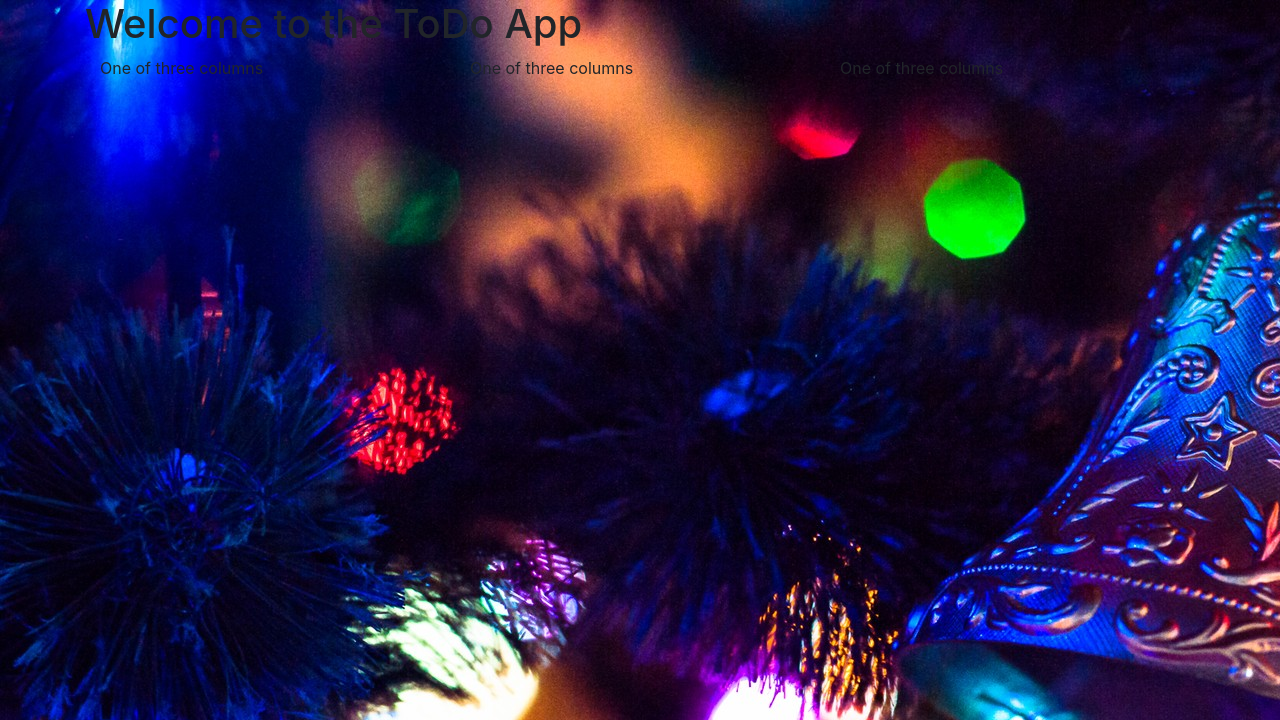
Repository: aayushtyagi0123/spring
Page: http://localhost/ToDoApp/WEB-INF/pages/home.jsp
These files come from the project's save history. The page is drawn as it stood at one moment and after the next save; the edit follows.
The browser window is 1280 px wide. The pictures show the whole page.
Some web libraries are served in a nearby version. The page is served by Tomcat 9. Nobody is signed in. Other server files are loaded and not shown. The template is opened directly, without the code that normally fills it, so the values that code supplies are empty.

Above is the page before, as saved 2023-04-30 16:15:14.

### ToDoApp/src/main/webapp/WEB-INF/pages/home.jsp
 <%@ taglib prefix="c" uri="http://java.sun.com/jsp/jstl/core" %>
<!doctype html>
<html lang="en">
  <head>
    <!-- Required meta tags -->
    <meta charset="utf-8">
    <meta name="viewport" content="width=device-width, initial-scale=1, shrink-to-fit=no">

    <!-- Bootstrap CSS -->
    <link rel="stylesheet" href="https://cdn.jsdelivr.net/npm/bootstrap@4.0.0/dist/css/bootstrap.min.css" integrity="sha384-Gn5384xqQ1aoWXA+058RXPxPg6fy4IWvTNh0E263XmFcJlSAwiGgFAW/dAiS6JXm" crossorigin="anonymous">
    <link href="<c:url value="/resources/css/style.css" />" rel="stylesheet">

    <title>ToDO App</title>
  </head>
  <body >
  <div class="container">
    <h1>Welcome to the ToDo App</h1>

<div class="container">
  <div class="row">
    <div class="col-sm">
      One of three columns
    </div>
    <div class="col-sm">
      One of three columns
    </div>
    <div class="col-sm">
      One of three columns
    </div>
  </div>
</div>


</div>
    <!-- Optional JavaScript -->
    <!-- jQuery first, then Popper.js, then Bootstrap JS -->
    <script src="https://code.jquery.com/jquery-3.2.1.slim.min.js" integrity="sha384-KJ3o2DKtIkvYIK3UENzmM7KCkRr/rE9/Qpg6aAZGJwFDMVNA/GpGFF93hXpG5KkN" crossorigin="anonymous"></script>
    <script src="https://cdn.jsdelivr.net/npm/popper.js@1.12.9/dist/umd/popper.min.js" integrity="sha384-ApNbgh9B+Y1QKtv3Rn7W3mgPxhU9K/ScQsAP7hUibX39j7fakFPskvXusvfa0b4Q" crossorigin="anonymous"></script>
    <script src="https://cdn.jsdelivr.net/npm/bootstrap@4.0.0/dist/js/bootstrap.min.js" integrity="sha384-JZR6Spejh4U02d8jOt6vLEHfe/JQGiRRSQQxSfFWpi1MquVdAyjUar5+76PVCmYl" crossorigin="anonymous"></script>
  </body>
</html>

### ToDoApp/src/main/webapp/WEB-INF/resources/css/style.css
body {
  background-image: url("/image/todoimage.jpg");
}

After the next save:
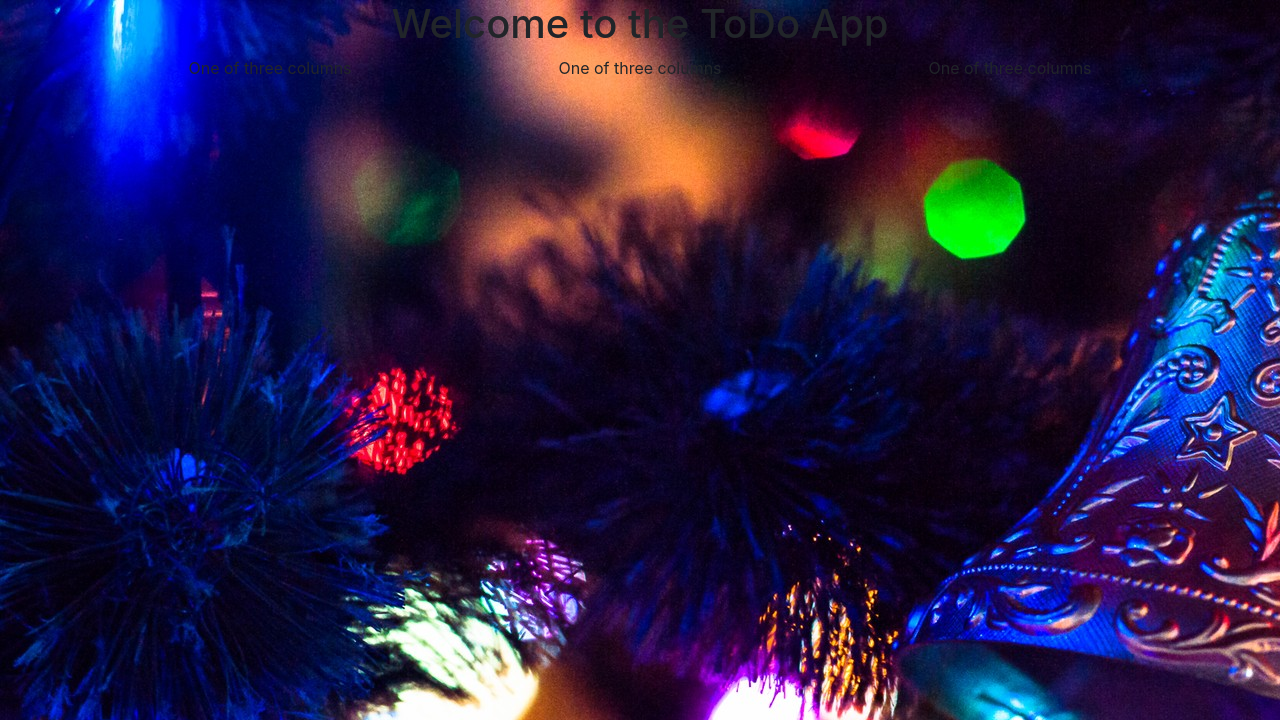
Saved 59 s later.
--- a/ToDoApp/src/main/webapp/WEB-INF/pages/home.jsp
+++ b/ToDoApp/src/main/webapp/WEB-INF/pages/home.jsp
@@ -13,7 +13,7 @@
     <title>ToDO App</title>
   </head>
   <body >
-  <div class="container">
+  <div class="container text-center">
     <h1>Welcome to the ToDo App</h1>
 
 <div class="container">
